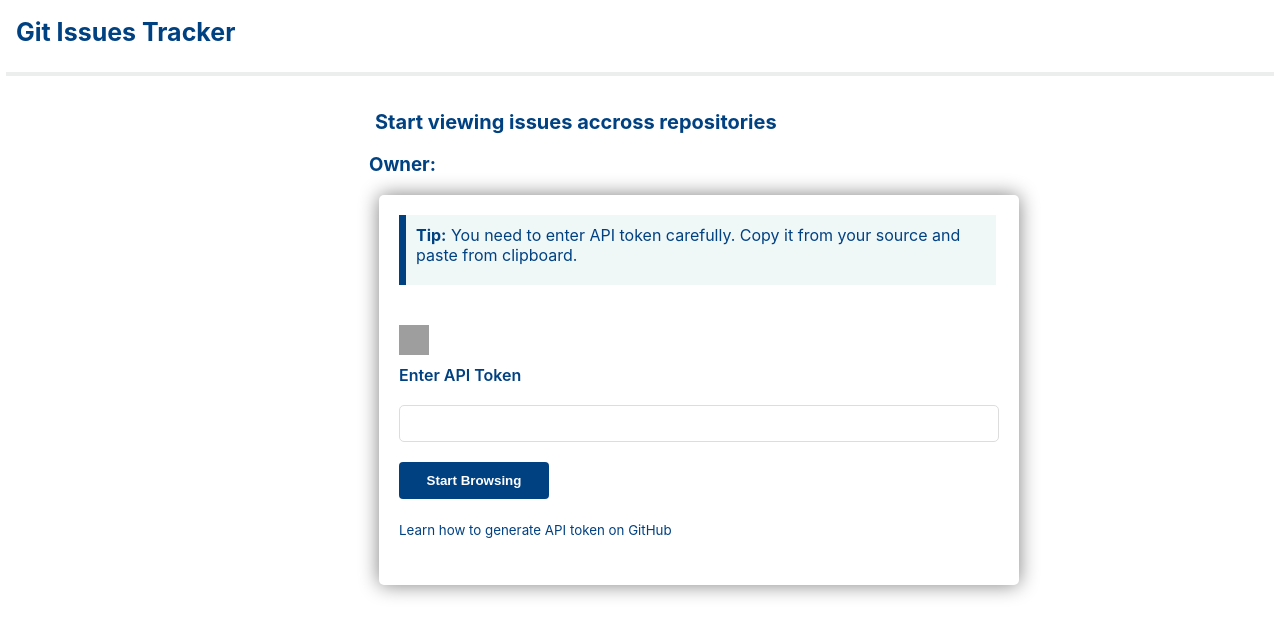
Repository: duzzisantos/github-repos-react-graphql
Page: /
These files come from the project's save history. The page is drawn as it stood at one moment and after the next save; the edit follows.
The browser window is 1280 px wide. The pictures show the whole page.
Pictures or frames that could not be fetched are drawn as grey boxes. The project was rebuilt for these pictures with package versions that can differ from the ones it lists, and the page was loaded fresh each time. Also part of the build but not shown: src/components/table/tables.scss, src/components/table/Filters.tsx, src/components/table/Pagination.tsx, src/components/table/TableComponent.tsx, src/components/table/columnHelpers.ts, src/utilities/funtions.ts, src/pages/Repositories.tsx, src/pages/ViewRepository.tsx.

Above is the page before, as saved 2024-06-17 21:00:07.

### src/index.tsx
import React from "react";
import ReactDOM from "react-dom/client";
import "./index.css";
import App from "./App";
import reportWebVitals from "./reportWebVitals";
import { BrowserRouter } from "react-router-dom";
import { ApolloProvider } from "@apollo/client";
import client from "./api/apolloClient";

const root = ReactDOM.createRoot(
  document.getElementById("root") as HTMLElement
);
root.render(
  <React.StrictMode>
    <BrowserRouter>
      <ApolloProvider client={client}>
        <App />
      </ApolloProvider>
    </BrowserRouter>
  </React.StrictMode>
);

// If you want to start measuring performance in your app, pass a function
// to log results (for example: reportWebVitals(console.log))
// or send to an analytics endpoint. Learn more: https://bit.ly/CRA-vitals
reportWebVitals();

### src/App.tsx
import React from "react";
import "./App.scss";
import "./App.css";
import { Routes, Route } from "react-router-dom";
import StartPage from "./pages/StartPage";
import Repositories from "./pages/Repositories";
import ViewRepository from "./pages/ViewRepository";

function App() {
  return (
    <div className="App">
      <h1>Git Issues Tracker</h1>
      <hr />

      <Routes>
        <Route path="/" element={<StartPage />} />
        <Route path="/start" element={<StartPage />} />
        <Route path="/repositories" element={<Repositories />} />
        <Route path="/owner/repositoryName" element={<ViewRepository />} />
      </Routes>
    </div>
  );
}

export default App;

### src/api/apolloClient.ts
import { ApolloClient, InMemoryCache, createHttpLink } from "@apollo/client";
import { setContext } from "@apollo/client/link/context";

const http = createHttpLink({
  uri: "https://api.github.com/graphql",
});

const auth = setContext((_, { headers }) => {
  const apiToken = localStorage.getItem("authToken");

  return {
    headers: {
      ...headers,
      authorization: `Bearer ${apiToken}`,
    },
  };
});

const client = new ApolloClient({
  link: auth.concat(http),
  cache: new InMemoryCache(),
});

export default client;

### src/App.scss
/* Sass variables declared here: */

$color-dark: #212529;
$color-blue: rgb(0, 65, 130);
$color-teal: teal;
$padding-10: 10px;
$padding-20: $padding-10 * 2;
$padding-40: $padding-20 * 2;
$selected-display: flex;
$row: row;
$column: column;
$mb-20: 20px;
$mb-40: $mb-20 * 2;
$fw-600: 600;
$rounded-box: 5px;
$input-border: 1px solid rgb(221, 221, 221);

/* Main and start page styles*/
.App {
  display: flex;
  flex-direction: column;
}

.container {
  width: 98.8%;
  padding: $padding-10 $padding-10;
  display: flex;
  flex-direction: $column;
  justify-content: center;
  bottom: 0;
  margin-left: auto;
  color: $color-blue;
}

h1 {
  font-size: 25px;
  padding: 0 $padding-10;
  color: $color-blue;
  margin-left: 6px;
}

h2 {
  margin-left: 6px;
  font-size: 20px;
}

hr {
  border: 2px solid rgb(236, 238, 238);
  width: 98.8%;
}

form {
  width: 600px;
  height: 350px;
  margin-left: 10px;
  border-radius: $rounded-box;
  box-shadow: 0px 0px 20px gray;
  padding: $padding-20 $padding-20;
}

.form-group {
  display: $selected-display;
  flex-direction: $column;
}

.user-tip {
  height: 50px;
  width: 95%;
  padding: $padding-10 $padding-10;
  margin-bottom: $mb-40;
  border-left: 7px solid $color-blue;
  background-color: rgb(239, 247, 247);
}

.banner-info {
  color: $color-teal;
  font-size: 14px;
}

.banner-danger {
  @extend .banner-info;
  color: tomato;
}

.git-image {
  height: 30px;
  width: 30px;
  margin-bottom: 10px;
}

label {
  margin-bottom: $mb-20;
  font-weight: $fw-600;
}

#apiToken {
  @extend label;
  padding: 10px;
  border: $input-border;
  border-radius: $rounded-box;
}

/* Buttons */
.primary-btn {
  @extend label;
  width: 25%;
  padding: $padding-10;
  background-color: $color-blue;
  border: 1px solid transparent;
  border-radius: 4px;
  color: white;
}

button:hover {
  cursor: pointer;
}

.transparent-btn {
  @extend .primary-btn;
  background-color: white;
  color: $color-blue;
  border: 1px solid whitesmoke;
}

.transparent-btn:hover {
  background-color: $color-blue;
  color: white;
}

.action-btn {
  background-color: $color-teal;
  border: 1px solid transparent;
  color: white;
  border-radius: $rounded-box;
}

.read-docs {
  text-decoration: none;
  color: $color-blue;
}

.read-docs:hover {
  text-decoration-line: underline;
}

/* Content styles*/
.content-display {
  width: 90vw;
  overflow: auto;
  box-shadow: 0px 0px 15px gray;
  padding: $padding-10 $padding-10;
  margin-top: $mb-20;
  border-radius: $rounded-box;
}

.content-display > .display-items {
  width: 220%;
  position: relative;
}

.view-details {
  width: 45%;
  margin-top: $mb-20;
}

/* Miscellaneous styles */
a {
  text-decoration: none;
  color: $color-blue;
}

a:hover {
  text-decoration-line: underline;
}

### src/App.css
.container {
  width: 90%;
  align-items: center;
  justify-content: center;
  bottom: 0;
  padding: 10px 10px;
}

.display-items {
  width: 100%;
  display: flex;
  flex-direction: row;
  flex-wrap: wrap;
  gap: 1.5%;
}

.small-card {
  width: 300px;
  height: 120px;
  display: flex;
  flex-direction: column;
  justify-content: center;
  text-align: center;
  box-shadow: 0px 0px 3px gray;
}

### src/pages/StartPage.tsx
import React from "react";
import Container from "src/components/Container";
import Form from "src/components/Form";

const StartPage = () => {
  return (
    <Container
      pageSubTitle="Start viewing issues accross repositories"
      children={<Form />}
    />
  );
};

export default StartPage;

### src/components/Container.tsx
import React from "react";

interface ContainerProps {
  pageSubTitle: string;
  repositoryOwner?: string;
  children: any;
}

const Container = ({
  pageSubTitle,
  children,
  repositoryOwner,
}: ContainerProps) => {
  return (
    <main className="container">
      <section>
        <h2>{pageSubTitle}</h2>
        <h3>Owner: {repositoryOwner}</h3>
        {children}
      </section>
    </main>
  );
};

export default Container;

### src/components/Form.tsx
import React, { useState } from "react";
import { useNavigate } from "react-router-dom";
import { useLazyQuery } from "@apollo/client";
import { GET_ALL_REPOSITORIES } from "src/api/queryhelper";
//We need to specify the types of data we would be utilizing as state

const Form = () => {
  const [apiToken, setApiToken] = useState("");
  const [apiPayLoad, setApiPayload] = useState([]);
  const [getRepositories, { loading, error, data }] =
    useLazyQuery(GET_ALL_REPOSITORIES);

  const navigate = useNavigate();

  const handleChange = (e: any) => {
    setApiToken(e.target.value);
  };

  const handleSubmit = () => {
    localStorage.setItem("authToken", apiToken);

    //We make the GraphQL API call here
    getRepositories()
      .then((res: any) => {
        console.log(res.data);
        setApiPayload(res.data.viewer.repositories.nodes);
      })
      .catch((err) => {
        console.warn(err?.message);
      });
  };

  if (data) {
    navigate("/repositories", {
      state: {
        //this is the result we want to consume as we navigate to the /repositories route
        data: data.viewer.repositories.nodes,
        error: error,
        loading: loading,
        apiPayLoad,
      },
    });
  }

  return (
    <form>
      <div className="user-tip">
        <strong> Tip:</strong> You need to enter API token carefully. Copy it
        from your source and paste from clipboard.
      </div>

      <div className="form-group">
        <img
          src="https://upload.wikimedia.org/wikipedia/commons/thumb/c/c2/GitHub_Invertocat_Logo.svg/1200px-GitHub_Invertocat_Logo.svg.png"
          alt="git"
          className="git-image"
        />
        <label htmlFor="apiToken">Enter API Token</label>
        <input
          type="text"
          name="apiToken"
          id="apiToken"
          value={apiToken}
          onChange={handleChange}
        />
        <button className="primary-btn" type="button" onClick={handleSubmit}>
          Start Browsing
        </button>

        <div className="banner-info">
          <strong>{loading ? "Redirecting...." : data && "Success"}</strong>
        </div>
        <div className="banner-danger">
          <strong>{error && error.message}</strong>
        </div>
      </div>
      <small className="form-text" id="info">
        <a
          className="read-docs"
          title="Read short documentation"
          href="https://docs.github.com/en/authentication/keeping-your-account-and-data-secure/managing-your-personal-access-tokens"
        >
          Learn how to generate API token on GitHub
        </a>
      </small>
    </form>
  );
};

export default Form;

### src/api/queryhelper.ts
import { gql } from "@apollo/client";

const GET_ALL_REPOSITORIES = gql`
  query {
    viewer {
      repositories(first: 50) {
        nodes {
          id
          name
          owner {
            login
          }
          visibility
          stargazerCount
          forkCount
          url
          issues {
            totalCount
          }
          licenseInfo {
            name
          }
          updatedAt
          createdAt
        }
      }
    }
  }
`;

const GET_REPOSITORY_BY_NAME = gql`
  query ($name: NAME!) {
    node(name: $name) {
      ... on Repository {
        id
        name
        owner {
          login
        }
        visibility
        stargazerCount
        forkCount
        url
        issues {
          totalCount
        }
        licenseInfo {
          name
        }
        updatedAt
        createdAt
      }
    }
  }
`;

export { GET_ALL_REPOSITORIES, GET_REPOSITORY_BY_NAME };

Loaded but not shown: public/index.html (common file); src/index.css (common file); src/reportWebVitals.ts (common file)

After the next save:
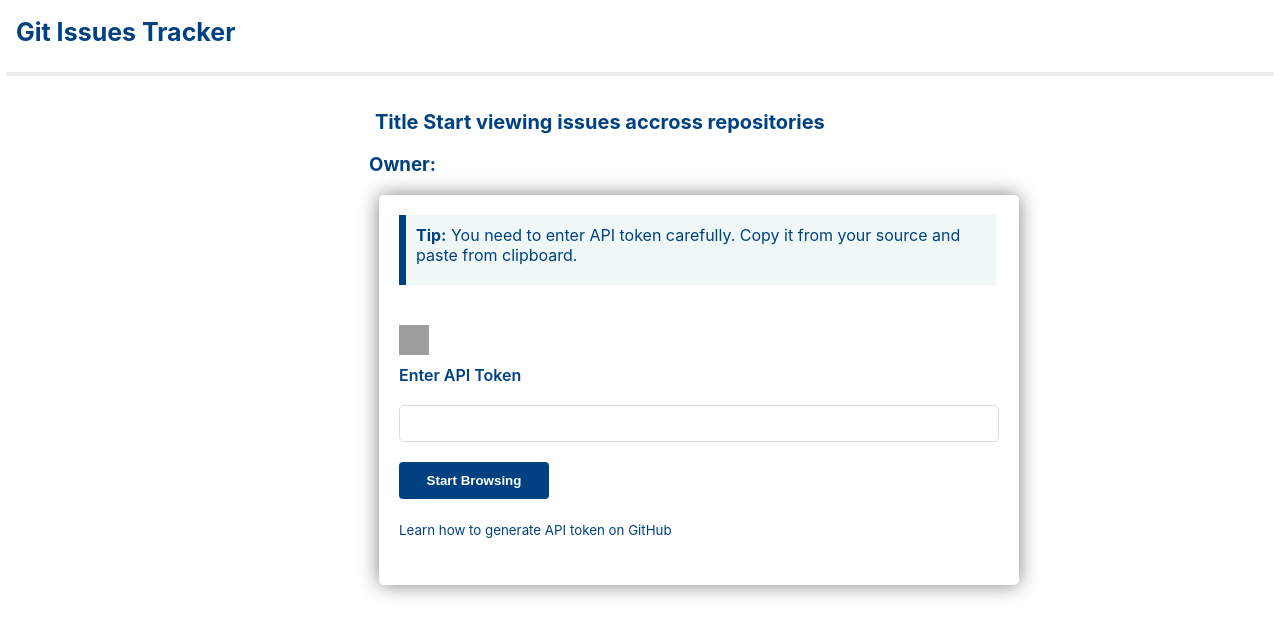
Saved 20 s later.
--- a/src/components/Container.tsx
+++ b/src/components/Container.tsx
@@ -14,7 +14,7 @@ const Container = ({
   return (
     <main className="container">
       <section>
-        <h2>{pageSubTitle}</h2>
+        <h2>Title {pageSubTitle}</h2>
         <h3>Owner: {repositoryOwner}</h3>
         {children}
       </section>
